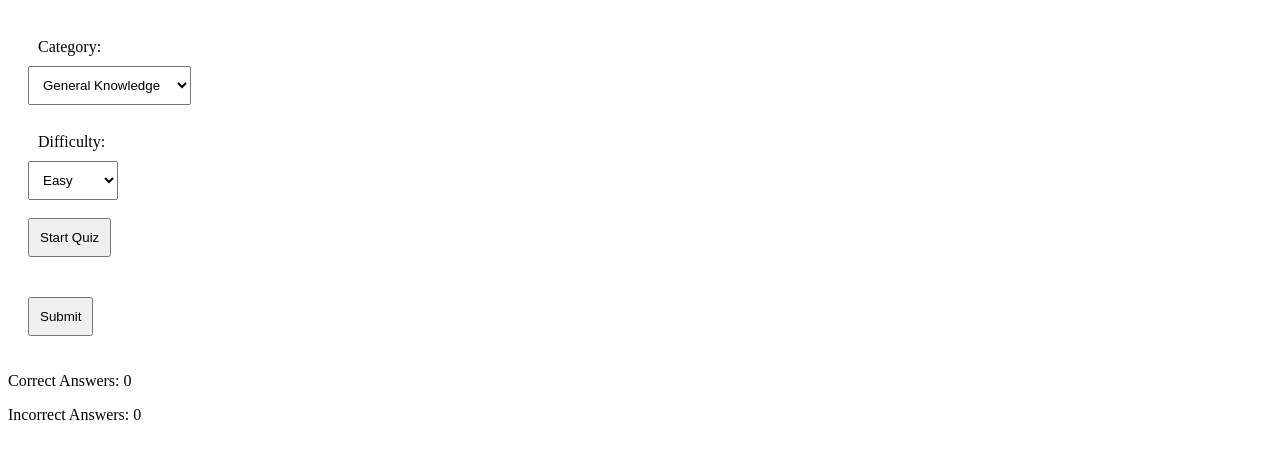
Repository: Kayla-amr/triviaSvelte
Page: /
The author's editor kept a copy of each file at every save. The page is drawn from the files as they stood at one save, then again after the next save.
The browser window is 1280 px wide. The pictures show the whole page.
The project was rebuilt for these pictures with package versions that can differ from the ones it lists, and the page was loaded fresh each time. The framework's server and built-in components were replaced by stand-ins that run in the browser. Also part of the build but not shown: svelte.config.js, vite.config.js.

Above is the page before, as saved 2023-03-18 09:23:05.

After the next save:
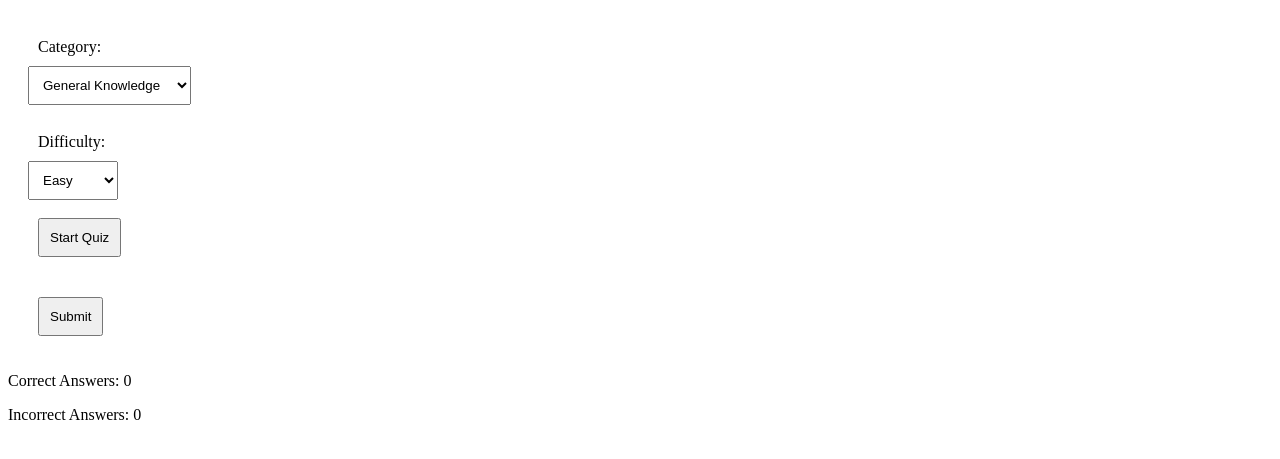
Saved 7 s later.
--- a/src/routes/+page.svelte
+++ b/src/routes/+page.svelte
@@ -113,6 +113,6 @@
     }
     button {
         padding: 10px;
-        margin: 0;
+        margin: 0 10px;
     }
 </style>
